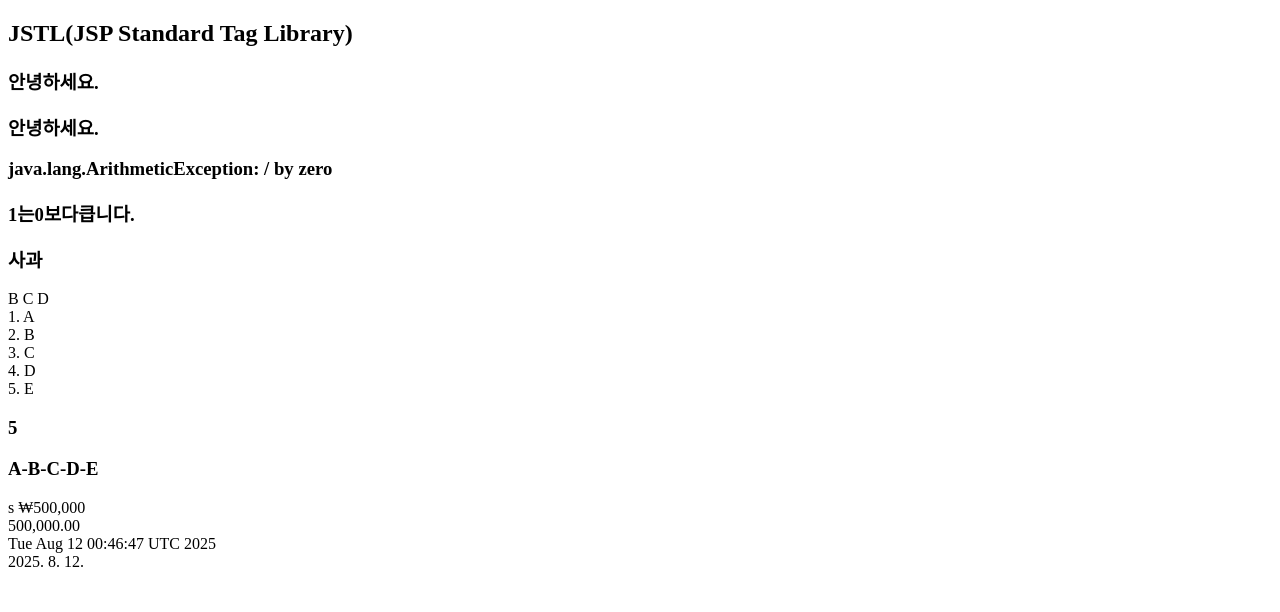
Repository: daehyuk1231/lect_labs_java
Page: http://localhost/java_web/jstl.jsp
These files come from the project's save history. The page is drawn as it stood at one moment and after the next save; the edit follows.
The browser window is 1280 px wide. The pictures show the whole page.
The page is served by Tomcat 10. Other server files are loaded and not shown.

Above is the page before, as saved 2025-08-18 00:50:44.

### java_web/src/main/webapp/jstl.jsp
<%@ page language="java" contentType="text/html; charset=UTF-8"
	pageEncoding="UTF-8"%>
<%@ taglib prefix="c" uri="jakarta.tags.core"%>
<%@ taglib prefix="fmt" uri="jakarta.tags.fmt"%>
<%@ taglib prefix="fn" uri="jakarta.tags.functions"%>
<!DOCTYPE html>
<html>
<head>
<meta charset="UTF-8">
<title>Insert title here</title>
</head>
<body>
	<h2>JSTL(JSP Standard Tag Library)</h2>

	<%-- 변수 --%>
	<c:set var="msg" value="안녕하세요." />
	<h3>${msg }</h3>
	<h3>
		<c:out value="${msg }" />
	</h3>
	<c:remove var="msg" />

	<c:catch var="ex">
		<%
		int c = 1 / 0;
		%>
	</c:catch>
	<h3>${ex }</h3>

	<c:set var="a" value="1" />
	<c:if test="${a>0 }">
		<h3>${a }는0보다큽니다.</h3>
	</c:if>

	<c:set var="b" value="사과" />
	<c:choose>
		<c:when test="${b == '사과' }">
			<h3>사과</h3>
		</c:when>
		<c:otherwise>
			<h3>과일이 아닙니다.</h3>
		</c:otherwise>
	</c:choose>
	<%
	String[] list = { "A", "B", "C", "D", "E" };
	request.setAttribute("list", list);
	%>
	<c:forEach var="i" begin="1" end="3">
		${list[i] }
	</c:forEach>

	<c:forEach var="item" items="${list }" varStatus="idx">
		<div id="div${idx.count }">${idx.count }. ${item }</div>
	</c:forEach>

	<h3>${ fn:length(list) }</h3>
	<h3>${ fn:replace("A,B,C,D,E", ",", "-") }</h3>

	<fmt:setLocale value="en_US"/>
	<fmt:setLocale value="ko_KR"/>s
	<fmt:formatNumber value="500000" type="currency"/> <br>
	<fmt:formatNumber value="500000" pattern="###,###,###.00"/> <br>

	<jsp:useBean id="today" class="java.util.Date" />
	<div>${today }</div>
	<fmt:formatDate value="${today }" type="date"/>
</body>
</html>

After the next save:
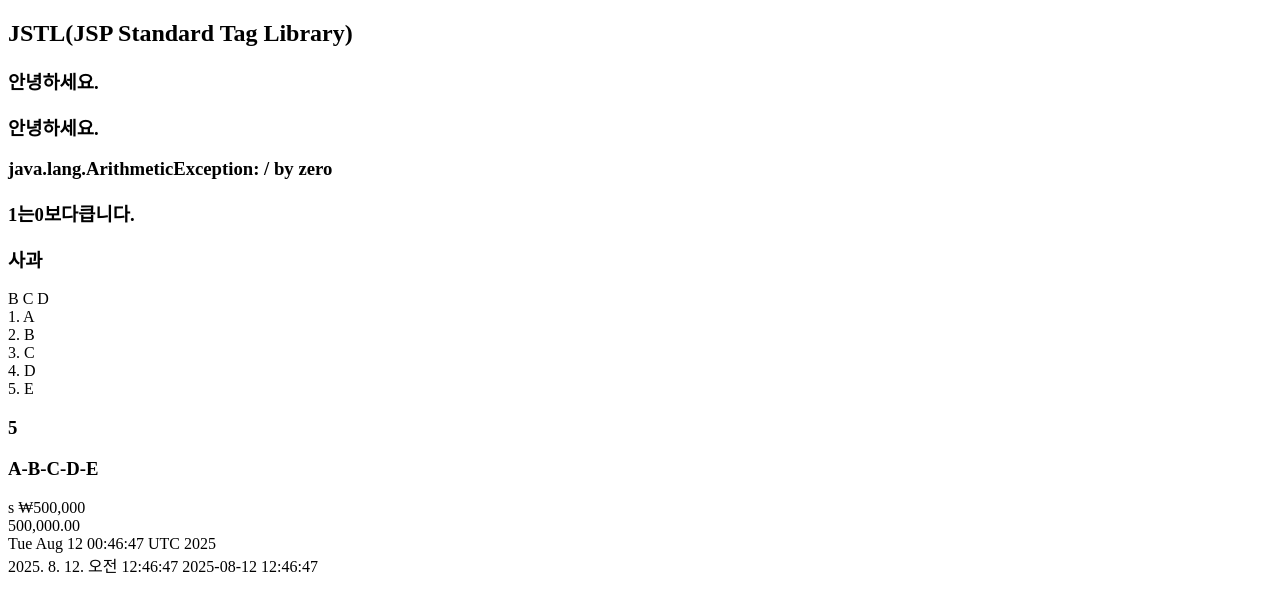
Saved 27 s later.
--- a/java_web/src/main/webapp/jstl.jsp
+++ b/java_web/src/main/webapp/jstl.jsp
@@ -64,5 +64,7 @@
 	<jsp:useBean id="today" class="java.util.Date" />
 	<div>${today }</div>
 	<fmt:formatDate value="${today }" type="date"/>
+	<fmt:formatDate value="${today }" type="time"/>
+	<fmt:formatDate value="${today }" pattern="yyyy-MM-dd hh:mm:ss"/>
 </body>
 </html>
